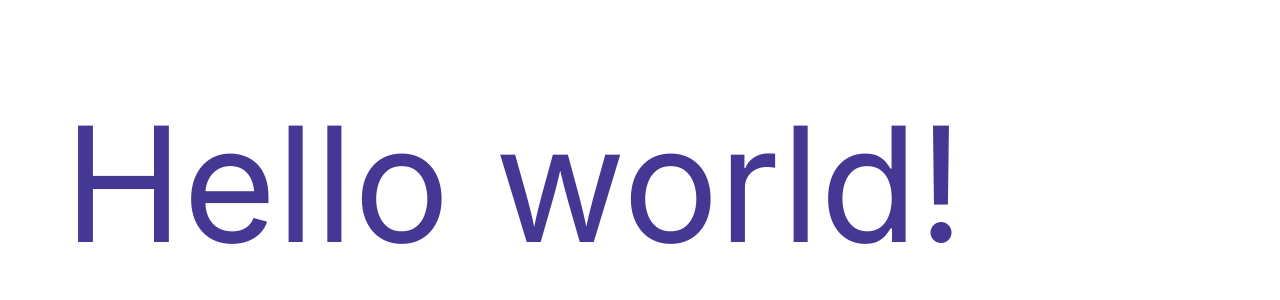
Repository: badhon252/Foodco
Page: index.html
These files come from the project's save history. The page is drawn as it stood at one moment and after the next save; the edit follows.
The browser window is 1280 px wide. The pictures show the whole page.
The style sheet was rebuilt from its Sass, Less or Tailwind sources for each picture, by a compiler version that may differ from the author's.

Above is the page before, as saved 2022-09-19 22:34:56.

### index.html
<!DOCTYPE html>
<html lang="en">

<head>
    <meta charset="UTF-8">
    <meta http-equiv="X-UA-Compatible" content="IE=edge">
    <meta name="viewport" content="width=device-width, initial-scale=1.0">
    <!-- bootstrap cdn link  -->
    <!-- I'm using bootstrap 5 for this project, Let's code!  -->
    <!-- CSS only -->
    <link href="https://cdn.jsdelivr.net/npm/bootstrap@5.2.1/dist/css/bootstrap.min.css" rel="stylesheet"
        integrity="sha384-iYQeCzEYFbKjA/T2uDLTpkwGzCiq6soy8tYaI1GyVh/UjpbCx/TYkiZhlZB6+fzT" crossorigin="anonymous">

    <link rel="stylesheet" href="scss/style.css">
    <title>FoodCo</title>
</head>

<body>
    <!--
    <main id="header">
        <header class="container">

            <nav class="navbar navbar-expand-lg py-3">
                <div class="container-fluid">
                    <a class="navbar-brand" href="#"><img src="./image/logo.svg" alt=""></a>
                    <button class="navbar-toggler" type="button" data-bs-toggle="collapse" data-bs-target="#navbarNav"
                        aria-controls="navbarNav" aria-expanded="false" aria-label="Toggle navigation">
                        <span class="navbar-toggler-icon"></span>
                    </button>
                    <div class="collapse navbar-collapse" id="navbarNav">
                        <ul class="navbar-nav ms-auto py-3">
                            <li class="nav-item">
                                <a class="nav-link active" aria-current="page" href="#">Vouchers</a>
                            </li>
                            <li class="nav-item">
                                <a class="nav-link" href="#">Features</a>
                            </li>
                            <li class="nav-item">
                                <a class="nav-link" href="#">Pricing</a>
                            </li>
                            <li class="nav-item">
                                <a class="nav-link" href="">Blog</a>
                            </li>
                            <button class="btn">Contact us</button>
                        </ul>
                    </div>
                </div>
            </nav>

            <div class="header-content my-5">
                <div class="row">
                    <div class="col-lg-4 left_h_c">
                        <h1 class="my-3">All-time <span>Highest</span> Rated Recipes</h1>
                        <p class="my-5">We source sustainable & line caught <br> seafood, as well as live crustaceans
                            <br>
                            everyday.
                        </p>
                        <div class="app-link">
                            <img class="img-fluid" src="./image/app_store.svg" alt="">
                            <img class="img-fluid mx-3" src="./image/Playstore.svg" alt="">
                        </div>
                    </div>
                    <div class="col-lg-8 right_h_c py-5">
                        <div class="card">
                            <img src="./image/Group 18525.svg" alt="" class="ms-auto head-avatar">
                            <img src="image/image-405@2x.png" alt="" class="burger">
                            <img src="image/Frame 1.svg" alt="" class="order-card">
                            <img src="image/Frame 4167.svg" alt="" class="food-card">
                        </div>
                    </div>
                </div>
            </div>
        </header>
    </main> -->

    <!--
    <section class="second-section container">
        <div class="row py-5">
            <img src="./image/image 138.svg" alt="" class="col">
            <img src="./image/image 139.svg" alt="" class="col">
            <img src="./image/image 140.svg" alt="" class="col">
            <img src="./image/image 141.svg" alt="" class="col">
            <img src="./image/image 142.svg" alt="" class="col">
            <img src="./image/image 143.svg" alt="" class="col">
            <img src="./image/image 144.svg" alt="" class="col">
        </div>
    </section> -->

    <!-- <section class="third-section container">
        <h5 class="mt-4">Who We are</h5>
        <h2 class="my-4">Creating Events to Remember</h2>
        <article class="my-4">
            At White Table Catering, we are passionate about creating <br> meaningful celebrations and memorable
            occasions.
        </article>
        <div class="foot_items my-5">
            <div class="row">
                <div class="col-lg-4">
                    <img src="./image/rectangle-37992@2x.png" class="img-fluid" alt="">
                    <article class="px-3 py-5">
                        On branch level, you can specify which items and options to show as well as you can specify
                        their
                        prices.
                    </article>
                    <button class="btn btn-outline-dark">Explore</button>
                </div>
                <div class="col-lg-4">
                    <img src="./image/rectangle-3799@2x.png" class="img-fluid" alt="">
                    <article class="px-3 py-5">
                        Add your branches and their locations so your customers can find them for pickup orders.
                    </article>
                    <button class="btn ">Explore</button>
                </div>
                <div class="col-lg-4">
                    <img src="./image/rectangle-37991@2x.png" class="img-fluid" alt="">
                    <article class="px-3 py-5">
                        Link each branch with the zones it delivers to and define delivery fees and minimum order
                        for
                        each zone.
                    </article>
                    <button class="btn">Explore</button>
                </div>
            </div>
        </div>
    </section> -->


    <div class="hello-world">Hello world!</div>




    <!-- bootstrap@5 js link  -->
    <script src="index.js"></script>
</body>

</html>

### scss/style.scss
@import url("https://fonts.googleapis.com/css2?family=Inter:wght@400;600;700;800;900&display=swap");
@font-face {
  font-family: circular;
  src: url(../fonts/Circular_Std_Font.otf);
}
@font-face {
  font-family: AirbnbCereal_W_Bd;
  src: url(../fonts/AirbnbCereal_W_Bd.otf);
}
@font-face {
  font-family: AirbnbCereal_W_Bk;
  src: url(../fonts//AirbnbCereal_W_Bk.otf);
}
@font-face {
  font-family: AirbnbCereal_W_Blk;
  src: url(../fonts/AirbnbCereal_W_Blk.otf);
}
@font-face {
  font-family: AirbnbCereal_W_Lt;
  src: url(../fonts/AirbnbCereal_W_Lt.otf);
}
@font-face {
  font-family: AirbnbCereal_W_Md;
  src: url(../fonts/AirbnbCereal_W_Md.otf);
}
@font-face {
  font-family: AirbnbCereal_W_XBd;
  src: url(../fonts/AirbnbCereal_W_XBd.otf);
}
* {
  margin: 0;
  padding: 0;
  box-sizing: border-box;
  font-family: "Inter", sans-serif;
  //   font-family: circular;
}
// .container {
//   margin: 2rem 14rem;
// }
// .btn,
// .link {
//   cursor: pointer;
// }
.link {
  text-decoration: none;
  color: #453794;
}
.btn {
  outline: none;
  border: none;
  padding: 12px 25px;
  font-size: 1rem;
  font-weight: 400;
}
.active {
  color: #353237 !important;
}
li {
  list-style-type: none;
}
.py-1 {
  padding: 1rem 0;
}
.py-2 {
  padding: 2rem 0;
}
.py-3 {
  padding: 3rem 0;
}
.py-4 {
  padding: 4rem 0;
}
.my-1 {
  margin: 1rem 0;
}
.my-1 {
  margin: 1rem 0;
}
.my-2 {
  margin: 2rem 0;
}
.my-3 {
  margin: 3rem 0;
}
.my-4 {
  margin: 4rem 0;
}
.my-5 {
  margin: 5rem 0;
}

// =======================
//===========================
#header {
  background-color: #fff5f2;

  .navbar {
    .navbar-nav {
      align-items: center;
      .nav-item {
        margin: 0 1.5rem;
        .nav-link {
          font-weight: 500;
          font-size: 1rem;
          line-height: 20px;
          text-transform: uppercase;
          color: #9a97a1;
          //   color: #353237;
          &:hover {
            color: #353237;
          }
        }
      }
      .btn {
        background-color: #7b4cdf;
        border-radius: 20.5px;
        color: #fff;
        margin-left: 2rem;
        padding: 11px 21px;
      }
    }
  }

  .header-content {
    .left_h_c {
      align-self: center;
    }
    h1 {
      font-weight: 700;
      font-size: 56px;
      line-height: 66px;
      /* or 118% */
      color: #353237;
      span {
        color: #ff6b01;
      }
    }
    p {
      font-weight: 450;
      font-size: 18px;
      line-height: 28px;
      /* or 156% */
      color: #9a97a1;
    }
    .card {
      background: none;
      border: none;
      margin-bottom: 5rem;
      .head-avatar {
        position: relative;
        z-index: 11;
      }
      .burger,
      .order-card,
      .food-card {
        position: absolute;
        z-index: 11111;
      }
      .burger {
        width: 120px;
        height: auto;
        left: 230px;
        z-index: 1;
      }
      .order-card {
        // position: absolute;
        max-width: 300px;
        height: auto;
        top: 392px;
        left: 177px;
        bottom: 0;
      }
      .food-card {
        // position: absolute;
        right: -20px;
        bottom: -127px;
      }
    }
  }
}

.second-section {
  background-color: #fff;
  .row {
    display: flex;
  }
  img {
    max-width: 200px;
    height: auto;
    transition: 0.7s;
    filter: grayscale(100%) !important;
    &:hover {
      filter: grayscale(0%) !important;
    }
  }
}

.third-section {
  padding: 4rem 0;
  text-align: center;
  h5 {
    color: #ff6b01;
    font-size: 1rem;
    line-height: 20px;
  }
  h2 {
    font-family: "AirbnbCereal_W_Bd";
    font-style: normal;
    font-weight: 500;
    font-size: 36px;
    line-height: 47px;
    /* identical to box height */

    text-align: center;

    color: #353237;
  }
  article {
    font-family: "inter";
    font-style: normal;
    font-weight: 500;
    font-size: 1.2rem;
    line-height: 28px;
    color: #9a97a1;
  }
  .btn {
    border: 1px solid #7b4cdf;
    border-radius: 19.5px;
    padding: 10px 30px;
    font-weight: 600;
    &:hover {
      background: #7b4cdf;
      color: #fff;
    }
  }
}

.hello-world {
  color: #453794;
  font-size: 10rem;
  margin: 4rem;
}

Loaded but not shown: index.js (4197 lines, source omitted)

After the next save:
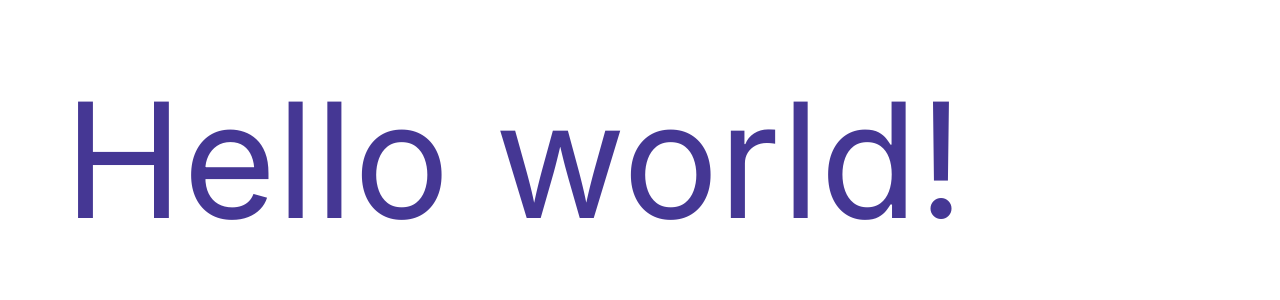
Saved 43 s later.
--- a/index.html
+++ b/index.html
@@ -125,7 +125,7 @@
     </section> -->
 
 
-    <div class="hello-world">Hello world!</div>
+    <h1 class="hello-world">Hello world!</h1>
 
 
 
